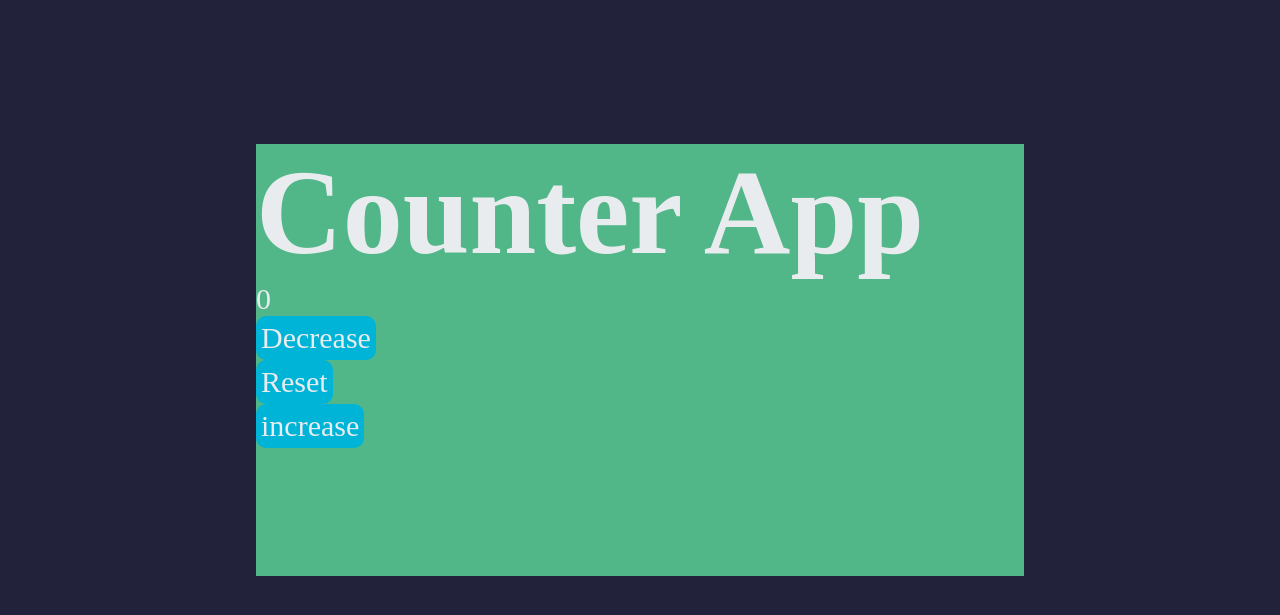
Repository: Yuukicoder/basicProject
Page: project2.html
These files come from the project's save history. The page is drawn as it stood at one moment and after the next save; the edit follows.
The browser window is 1280 px wide. The pictures show the whole page.
Some web fonts or font styles are not loaded; a fallback is used.

Above is the page before, as saved 2023-02-24 21:46:45.

After the next save:
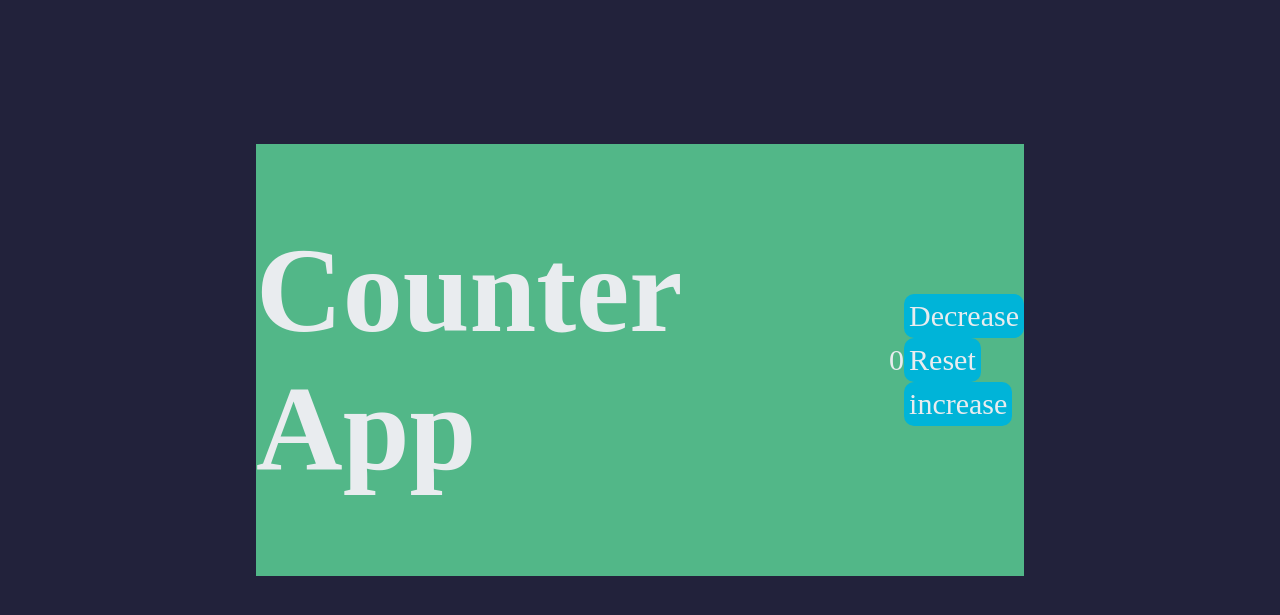
Saved 6 s later.
--- a/assets/css/project2.css
+++ b/assets/css/project2.css
@@ -21,10 +21,10 @@ body {
   width: 60%;
   height: 60%;
   background-color: #52b788;
-  /* display: flex;
+  display: flex;
   align-items: center;
   justify-content: center;
-  border-radius: 10px; */
+  /* border-radius: 10px; */
 }
 h1,
 p {
